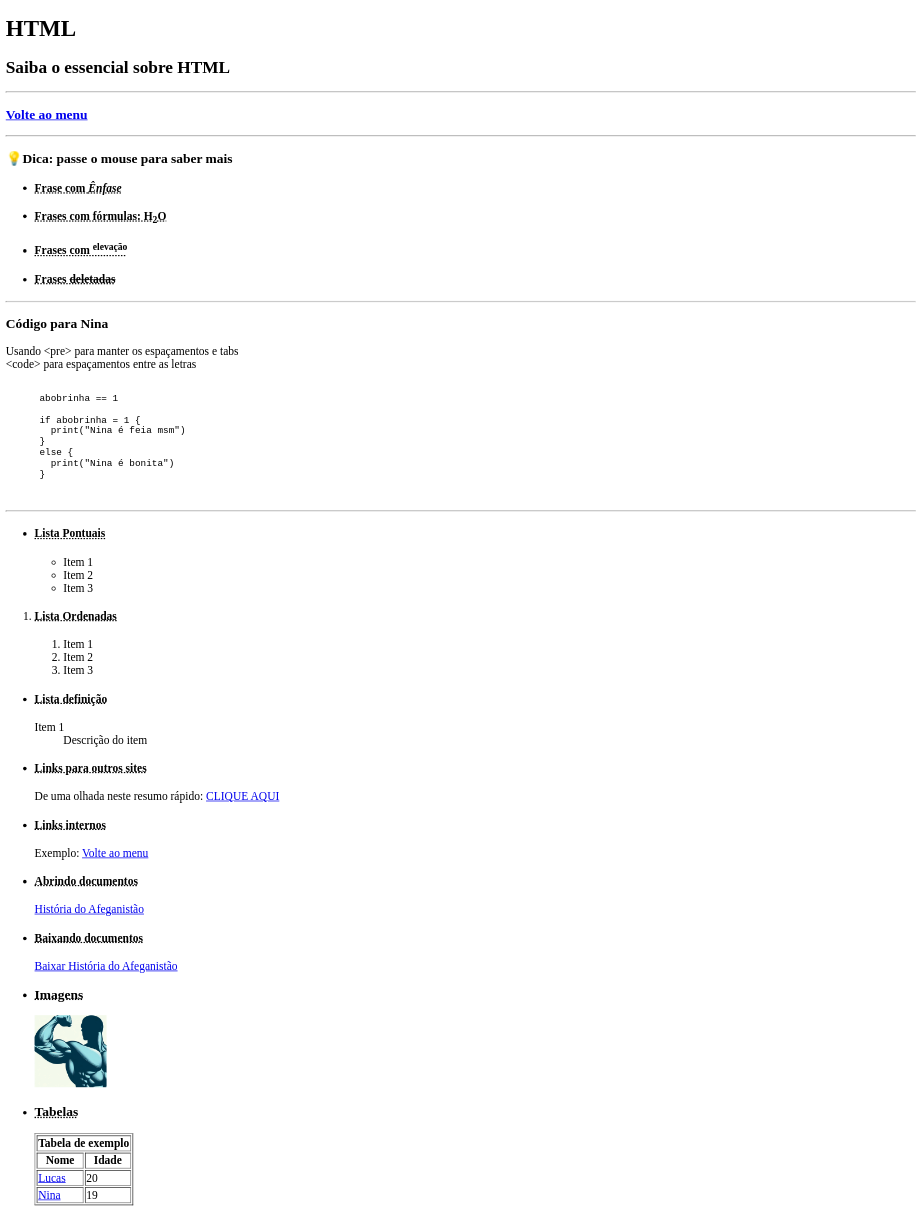
Repository: LuidyOn/Site_Forca_Total
Page: ForçaTotal/sobreHTML.html
The author's editor kept a copy of each file at every save. The page is drawn from the files as they stood at one save, then again after a run of saves.
The browser window is 1280 px wide. The pictures show the whole page, at 72% of full size.

Above is the page before, as saved 2025-05-16 14:32:38.

After the next 2 saves:
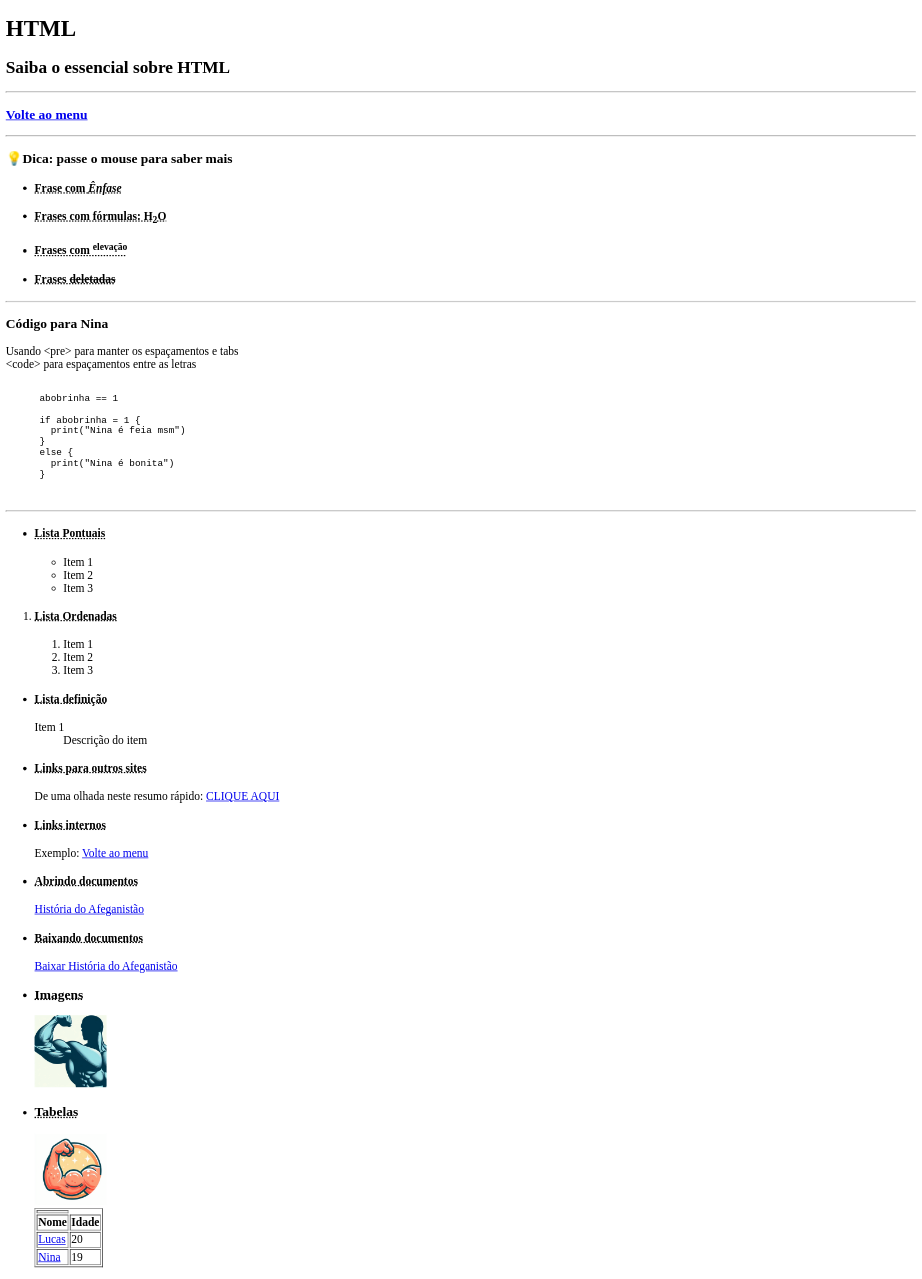
The 2 saves are shown as one change because they came seconds apart.
The last was saved 6 s later.
--- a/ForçaTotal/sobreHTML.html
+++ b/ForçaTotal/sobreHTML.html
@@ -114,7 +114,7 @@
 
     <table border="1">
       <tr>
-        <th colspan="2">Tabela de exemplo</th>
+        <th></th><img src="img/logo.jpg" alt="" style="width: 100px"></th>
       </tr>
       <tr>
         <th>Nome</th>
